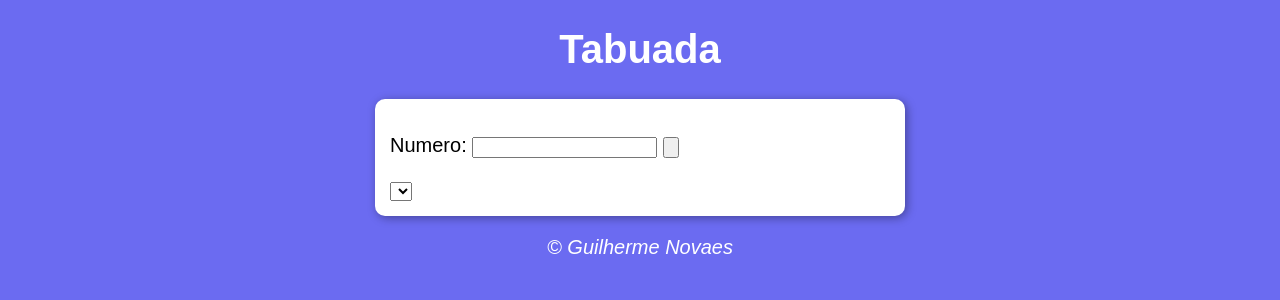
Repository: Guilherme-RNovaes/JavaScript-Curso
Page: Aula 14ex/ex017/index.html
An editor plug-in stored every save of this project. The page is shown before and after the next save, followed by the edit.
The browser window is 1280 px wide. The pictures show the whole page.

Above is the page before, as saved 2022-09-10 09:32:51.

### Aula 14ex/ex017/index.html
<!DOCTYPE html>
<html lang="pt-br">
<head>
    <meta charset="UTF-8">
    <meta http-equiv="X-UA-Compatible" content="IE=edge">
    <meta name="viewport" content="width=device-width, initial-scale=1.0">
    <title>Modelo de Exercício</title>
    <link rel="stylesheet" href="src/Style/style.css">
</head>
<body>
    <header>
        <h1>Tabuada</h1>
    </header>
    <section>
        <div>
            <p>Numero: <input type="number" name="num" id="txtn"> <input type="button" value=""> </p>
        </div>
        <div>
            <select name="tabuada" id="seltab"></select>
        </div>
    </section>
    <footer>
        <p>&copy; Guilherme Novaes</p>
    </footer>
    <script src="script.js"></script>
</body>
</html>

### Aula 14ex/ex017/src/Style/style.css
body{
    background-color: rgb(107, 107, 241);
    font: normal 15pt Arial;
}
header {
    color: white;
    text-align: center;
}

section{
    background-color: white;
    border-radius: 10px;
    padding: 15px;
    width: 500px;
    margin: auto;
    box-shadow: 2px 2px 10px rgba(0, 0, 0, 0.36);
}

footer{
    color: white;
    text-align: center;
    font-style: italic;
}

div img{
    width: 250px;
    height: 250px;
    border-radius: 100%;
}

Loaded but not shown: Aula 14ex/ex017/script.js (no stored copy; drawn as an empty file)

After the next save:
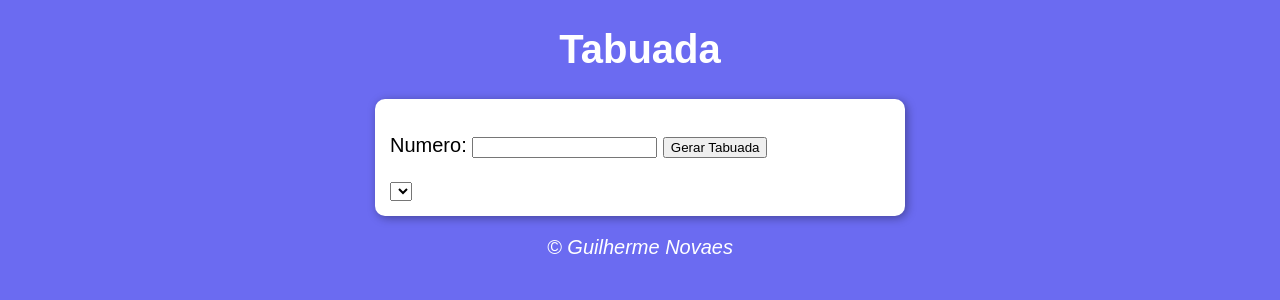
Saved 7 s later.
--- a/Aula 14ex/ex017/index.html
+++ b/Aula 14ex/ex017/index.html
@@ -13,7 +13,7 @@
     </header>
     <section>
         <div>
-            <p>Numero: <input type="number" name="num" id="txtn"> <input type="button" value=""> </p>
+            <p>Numero: <input type="number" name="num" id="txtn"> <input type="button" value="Gerar Tabuada"> </p>
         </div>
         <div>
             <select name="tabuada" id="seltab"></select>
